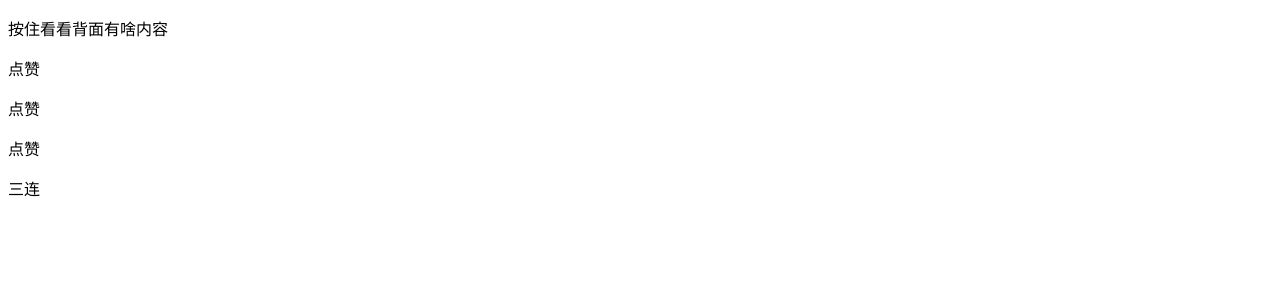
Repository: triumph-star/CSS-practice
Page: One CSS per day/overturn/index.html
An editor plug-in stored every save of this project. The page is shown before and after the next save, followed by the edit.
The browser window is 1280 px wide. The pictures show the whole page.

Above is the page before, as saved 2020-11-17 09:19:20.

### One CSS per day/overturn/index.html
<!DOCTYPE html>
<html lang="en">
<head>
  <meta charset="UTF-8">
  <meta name="viewport" content="width=device-width, initial-scale=1.0">
  <title>翻转卡片</title>
</head>
<body>
  <div class="card">
    <!-- 卡片正面 -->
    <div class="card_front">
      <p>按住看看背面有啥内容</p>
    </div>
    <!-- 卡片背面 -->
    <div class="card_back">
      <p>点赞</p>
      <p>点赞</p>
      <p>点赞</p>
      <p>三连</p>
    </div>
  </div>
</body>
</html>

After the next save:
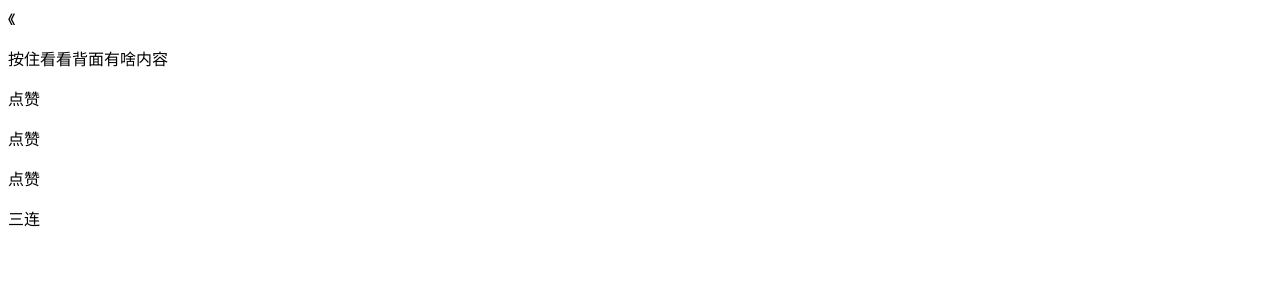
Saved 4 s later.
--- a/One CSS per day/overturn/index.html
+++ b/One CSS per day/overturn/index.html
@@ -4,6 +4,7 @@
   <meta charset="UTF-8">
   <meta name="viewport" content="width=device-width, initial-scale=1.0">
   <title>翻转卡片</title>
+  《
 </head>
 <body>
   <div class="card">

After the save that followed:
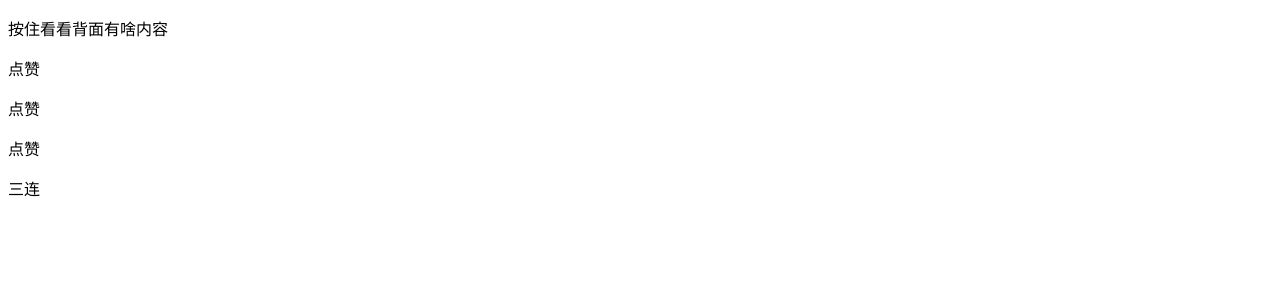
Saved 5 s later.
--- a/One CSS per day/overturn/index.html
+++ b/One CSS per day/overturn/index.html
@@ -4,7 +4,7 @@
   <meta charset="UTF-8">
   <meta name="viewport" content="width=device-width, initial-scale=1.0">
   <title>翻转卡片</title>
-  《
+  <link src
 </head>
 <body>
   <div class="card">
